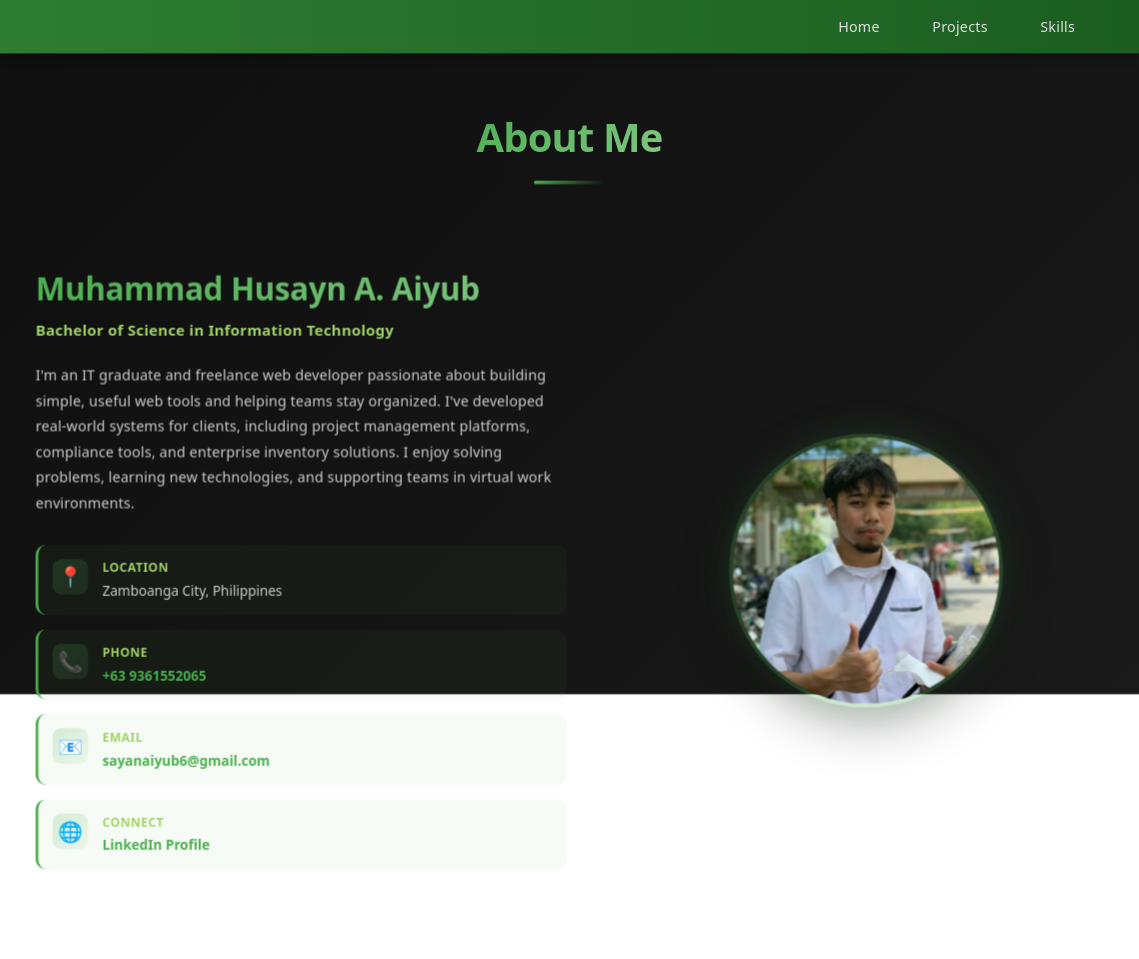
Repository: SAYANA11/portfolio
Page: /
The author's editor kept a copy of each file at every save. The page is drawn from the files as they stood at one save, then again after the next save.
The browser window is 1280 px wide. The pictures show the whole page, at 89% of full size.
The project was rebuilt for these pictures with package versions that can differ from the ones it lists, and the page was loaded fresh each time. Also part of the build but not shown: vite.config.js, src/components/Projects.css, src/components/Projects.jsx, src/components/Skills.css, src/components/Skills.jsx.

Above is the page before, as saved 2026-02-17 16:34:58.

### index.html
<!doctype html>
<html lang="en">
  <head>
    <meta charset="UTF-8" />
    <link rel="icon" type="image/svg+xml" href="/vite.svg" />
    <meta name="viewport" content="width=device-width, initial-scale=1.0" />
    <title>Muhammad Husayn Aiyub - Portfolio</title>
  </head>
  <body>
    <div id="root"></div>
    <script type="module" src="/src/main.jsx"></script>
  </body>
</html>

### src/index.css
:root {
  font-family: system-ui, Avenir, Helvetica, Arial, sans-serif;
  line-height: 1.5;
  font-weight: 400;

  color-scheme: light dark;
  color: rgba(255, 255, 255, 0.87);
  background-color: #242424;

  font-synthesis: none;
  text-rendering: optimizeLegibility;
  -webkit-font-smoothing: antialiased;
  -moz-osx-font-smoothing: grayscale;
}
/* Add in index.css or global style file */

a {
  font-weight: 500;
  color: #646cff;
  text-decoration: inherit;
}
a:hover {
  color: #535bf2;
}

html, body, #root {
  height: 100%;
  margin: 0;
  padding: 0;
}

body {
  margin: 0;
  min-width: 320px;
  background: linear-gradient(135deg, #0f0f0f 0%, #1a1a1a 100%);
  min-height: 100vh;
  position: relative;
}

body::before {
  content: '';
  position: fixed;
  top: 0;
  left: 0;
  right: 0;
  bottom: 0;
  background: linear-gradient(135deg, #0f0f0f 0%, #1a1a1a 100%);
  z-index: -1;
}

h1 {
  font-size: 3.2em;
  line-height: 1.1;
}

button {
  border-radius: 8px;
  border: 1px solid transparent;
  padding: 0.6em 1.2em;
  font-size: 1em;
  font-weight: 500;
  font-family: inherit;
  background-color: #1a1a1a;
  cursor: pointer;
  transition: border-color 0.25s;
}
button:hover {
  border-color: #646cff;
}
button:focus,
button:focus-visible {
  outline: 4px auto -webkit-focus-ring-color;
}

@media (prefers-color-scheme: light) {
  :root {
    color: #213547;
    background-color: #ffffff;
  }
  a:hover {
    color: #747bff;
  }
  button {
    background-color: #f9f9f9;
  }
}

### src/App.jsx
import React from "react";
import { BrowserRouter as Router, Routes, Route } from "react-router-dom";
import NavBar from "./components/Navbar";
import Hero from "./components/Hero";
import Projects from "./components/Projects";
import Skills from "./components/Skills";

function App() {
  return (
    <Router>
      <NavBar />
      <Routes>
        <Route path="/" element={<Hero />} />
        <Route path="/Projects" element={<Projects />} />
        <Route path="/Skills" element={<Skills />} />
      </Routes>
    </Router>
  );
}

export default App;

### src/components/Navbar.jsx
import React from "react";
import { Link } from "react-router-dom";
import "./Navbar.css";

const NavBar = () => {
  return (
    <nav className="navbar">
      <ul>
        <li>
          <Link to="/">Home</Link>
        </li>
        <li>
          <Link to="/Projects">Projects</Link>
        </li>
        <li>
          <Link to="/Skills">Skills</Link>
        </li>
      </ul>
    </nav>
  );
};

export default NavBar;

### src/components/Hero.jsx
import React from "react";
import myPhoto from "./sayana.jpg";
import "./Hero.css";

const Hero = () => {
  return (
    <div className="hero-container">
      {/* About Me Section - Modern Layout */}
      <div className="about-section">
        <div className="about-header">
          <h2 className="section-title">About Me</h2>
          <div className="title-accent"></div>
        </div>

        <div className="about-layout">
          {/* Left Column */}
          <div className="about-left">
            <div className="about-content-card">
              <h3 className="about-name">Muhammad Husayn A. Aiyub</h3>
              <p className="about-subtitle">Bachelor of Science in Information Technology</p>

              <p className="about-text">
                I'm an IT graduate and freelance web developer passionate about building simple, useful web tools and helping teams stay organized. I've developed real-world systems for clients, including project management platforms, compliance tools, and enterprise inventory solutions. I enjoy solving problems, learning new technologies, and supporting teams in virtual work environments.
              </p>

              {/* Contact Info with Cards */}
              <div className="contact-info">
                <div className="contact-info-item">
                  <div className="contact-icon-wrapper">
                    <span className="contact-info-icon">📍</span>
                  </div>
                  <div>
                    <p className="contact-label">Location</p>
                    <p className="contact-value">Zamboanga City, Philippines</p>
                  </div>
                </div>
                <div className="contact-info-item">
                  <div className="contact-icon-wrapper">
                    <span className="contact-info-icon">📞</span>
                  </div>
                  <div>
                    <p className="contact-label">Phone</p>
                    <a href="tel:+63-9361552065">+63 9361552065</a>
                  </div>
                </div>
                <div className="contact-info-item">
                  <div className="contact-icon-wrapper">
                    <span className="contact-info-icon">📧</span>
                  </div>
                  <div>
                    <p className="contact-label">Email</p>
                    <a href="mailto:sayanaiyub6@gmail.com">sayanaiyub6@gmail.com</a>
                  </div>
                </div>
                <div className="contact-info-item">
                  <div className="contact-icon-wrapper">
                    <span className="contact-info-icon">🌐</span>
                  </div>
                  <div>
                    <p className="contact-label">Connect</p>
                    <a href="https://linkedin.com/in/sayn-aiyub-492046963" target="_blank" rel="noopener noreferrer">LinkedIn Profile</a>
                  </div>
                </div>
              </div>
            </div>
          </div>

          {/* Right Column - Photo */}
          <div className="about-right">
            <div className="about-photo-wrapper">
              <div className="about-photo-container">
                <div className="photo-glow"></div>
                <div className="about-photo">
                  <img src={myPhoto} alt="Muhammad Husayn Aiyub" />
                </div>
              </div>
            </div>
          </div>
        </div>
      </div>
    </div>
  );
};

export default Hero;

### src/components/Navbar.css
.navbar {
    background: linear-gradient(90deg, #2e7d32 0%, #1b5e20 100%);
    color: white;
    padding: 15px 40px;
    position: fixed;
    width: 100%;
    height: 60px;
    top: 0;
    z-index: 1000;
    display: flex;
    align-items: center;
    justify-content: flex-end;
    box-shadow: 0 4px 12px rgba(0, 0, 0, 0.3);
    backdrop-filter: blur(10px);
    box-sizing: border-box;
}

.navbar ul {
    list-style: none;
    padding: 0;
    margin: 0 20px 0 0;
    display: flex;
    gap: 35px;
}

.navbar ul li {
    font-size: 16px;
    transition: all 0.3s cubic-bezier(0.4, 0, 0.2, 1);
    position: relative;
}

.navbar ul li a {
    color: #e0e0e0;
    text-decoration: none;
    transition: all 0.3s cubic-bezier(0.4, 0, 0.2, 1);
    padding: 8px 12px;
    display: block;
    border-radius: 6px;
    font-weight: 500;
    letter-spacing: 0.3px;
}

.navbar ul li a::after {
    content: '';
    position: absolute;
    bottom: 0;
    left: 0;
    width: 0;
    height: 2px;
    background: #ffd700;
    transition: width 0.3s ease;
    border-radius: 2px;
}

.navbar ul li a:hover {
    color: white;
    background: rgba(76, 175, 80, 0.2);
}

.navbar ul li a:hover::after {
    width: 100%;
}

/* Responsive */
@media (max-width: 768px) {
    .navbar ul {
        gap: 10px; /* Reduce spacing for smaller screens */
        margin: 0 10px 0 0; /* Adjust margin for smaller screens */
    }

    .navbar ul li {
        font-size: 16px; /* Adjust font size for smaller screens */
    }
}

### src/components/Hero.css
/* Import Poppins font */
@import url('https://fonts.googleapis.com/css2?family=Poppins:wght@300;400;500;600;700;800&display=swap');

/* Root Variables for Better Theme Management */
:root {
  --primary-green: #2e7d32;
  --primary-green-light: #4caf50;
  --primary-green-dark: #1b5e20;
  --accent-gold: #ffd700;
  --text-light: #f1f1f1;
  --text-dark: #333;
  --text-muted: #666;
  --background-dark: #0f1419;
  --background-dark-secondary: #1a2332;
  --card-background: rgba(45, 45, 45, 0.5);
  --card-background-glass: rgba(255, 255, 255, 0.05);
  --border-color: rgba(76, 175, 80, 0.2);
  --shadow-light: rgba(0, 0, 0, 0.1);
  --shadow-medium: rgba(0, 0, 0, 0.3);
  --shadow-heavy: rgba(0, 0, 0, 0.7);
  --gradient-primary: linear-gradient(135deg, var(--primary-green), var(--primary-green-light));
  --gradient-card: linear-gradient(145deg, #2d2d2d, #1f1f1f);
}

/* Hero Container */
.hero-container {
  padding: 60px 40px;
  max-width: 1200px;
  margin: 60px auto;
  color: var(--text-light);
  position: relative;
  overflow: hidden;
}

/* About Section */
.about-section {
  position: relative;
  z-index: 1;
  animation: fadeInUp 0.8s ease-out;
}

.about-header {
  text-align: center;
  margin-bottom: 50px;
}

/* Section Title */
.section-title {
  font-size: clamp(2rem, 5vw, 2.8rem);
  font-weight: 800;
  background: linear-gradient(135deg, #4caf50, #81c784);
  -webkit-background-clip: text;
  -webkit-text-fill-color: transparent;
  background-clip: text;
  margin: 0;
  letter-spacing: -0.02em;
  animation: fadeInDown 0.8s ease-out 0.1s both;
  position: relative;
  display: inline-block;
}

/* Title Accent */
.title-accent {
  height: 4px;
  width: 80px;
  background: linear-gradient(90deg, #4caf50, transparent);
  border-radius: 2px;
  margin: 16px auto 0;
  animation: slideIn 0.8s ease-out 0.3s both;
}

@keyframes slideIn {
  from {
    width: 0;
    opacity: 0;
  }
  to {
    width: 80px;
    opacity: 1;
  }
}

/* Two Column Layout */
.about-layout {
  display: grid;
  grid-template-columns: 1.1fr 1fr;
  gap: 60px;
  align-items: center;
}

/* About Left - Content Card */
.about-left {
  display: flex;
  flex-direction: column;
  gap: 0;
  animation: fadeInLeft 0.8s ease-out 0.2s both;
}

.about-content-card {
  background: transparent;
  border: none;
  border-radius: 20px;
  padding: 40px 0;
  transition: all 0.4s cubic-bezier(0.4, 0, 0.2, 1);
}

.about-content-card:hover {
  transform: translateY(-3px);
}

.about-name {
  font-size: clamp(1.5rem, 3.5vw, 2.2rem);
  font-weight: 800;
  background: linear-gradient(135deg, #4caf50, #81c784);
  -webkit-background-clip: text;
  -webkit-text-fill-color: transparent;
  background-clip: text;
  margin: 0 0 8px 0;
  letter-spacing: -0.01em;
  animation: fadeInUp 0.8s ease-out 0.3s both;
}

.about-subtitle {
  font-size: 1.05rem;
  color: #a0d468;
  margin: 0 0 24px 0;
  font-weight: 600;
  letter-spacing: 0.3px;
  animation: fadeInUp 0.8s ease-out 0.35s both;
}

.about-text {
  font-size: 1rem;
  line-height: 1.8;
  color: #d0d0d0;
  margin: 0 0 32px 0;
  letter-spacing: 0.2px;
  animation: fadeInUp 0.8s ease-out 0.4s both;
}

/* Contact Info Cards */
.contact-info {
  display: flex;
  flex-direction: column;
  gap: 16px;
  animation: fadeInUp 0.8s ease-out 0.45s both;
}

.contact-info-item {
  display: flex;
  align-items: flex-start;
  gap: 16px;
  padding: 16px;
  background: rgba(76, 175, 80, 0.05);
  border-left: 3px solid #4caf50;
  border-radius: 12px;
  transition: all 0.3s cubic-bezier(0.4, 0, 0.2, 1);
}

.contact-info-item:hover {
  background: rgba(76, 175, 80, 0.12);
  border-left-color: #81c784;
  transform: translateX(8px);
  box-shadow: 0 4px 16px rgba(76, 175, 80, 0.1);
}

.contact-icon-wrapper {
  display: flex;
  align-items: center;
  justify-content: center;
  width: 40px;
  height: 40px;
  background: linear-gradient(135deg, rgba(76, 175, 80, 0.2), rgba(129, 199, 132, 0.1));
  border-radius: 10px;
  flex-shrink: 0;
}

.contact-info-icon {
  font-size: 1.4rem;
}

.contact-info-item > div {
  display: flex;
  flex-direction: column;
  gap: 4px;
}

.contact-label {
  font-size: 0.85rem;
  color: #a0d468;
  margin: 0;
  font-weight: 600;
  text-transform: uppercase;
  letter-spacing: 0.5px;
}

.contact-value {
  font-size: 0.95rem;
  color: #d0d0d0;
  margin: 0;
  font-weight: 500;
}

.contact-info-item a {
  color: #4caf50;
  text-decoration: none;
  font-weight: 600;
  transition: all 0.3s ease;
  font-size: 0.95rem;
  margin: 0;
}

.contact-info-item a:hover {
  color: #81c784;
  text-decoration: underline;
}

/* About Right - Photo Section */
.about-right {
  display: flex;
  justify-content: center;
  align-items: center;
  animation: fadeInRight 0.8s ease-out 0.3s both;
}

.about-photo-wrapper {
  position: relative;
  width: 100%;
  max-width: 350px;
}

.about-photo-container {
  position: relative;
  width: 300px;
  height: 300px;
  margin: 0 auto;
}

.photo-glow {
  position: absolute;
  top: -20px;
  left: -20px;
  right: -20px;
  bottom: -20px;
  background: radial-gradient(circle, rgba(76, 175, 80, 0.25) 0%, transparent 70%);
  border-radius: 50%;
  filter: blur(30px);
  animation: pulse 3s ease-in-out infinite;
}

.about-photo {
  position: relative;
  width: 300px;
  height: 300px;
  border-radius: 50%;
  overflow: hidden;
  border: 4px solid rgba(76, 175, 80, 0.3);
  box-shadow: 0 0 40px rgba(76, 175, 80, 0.2), 0 20px 60px rgba(0, 0, 0, 0.3);
  transition: all 0.4s cubic-bezier(0.4, 0, 0.2, 1);
  backdrop-filter: blur(10px);
}

.about-photo::before {
  content: '';
  position: absolute;
  inset: 0;
  background: linear-gradient(135deg, rgba(76, 175, 80, 0.1) 0%, transparent 100%);
  border-radius: 50%;
  pointer-events: none;
  z-index: 1;
}

.about-photo img {
  width: 100%;
  height: 100%;
  object-fit: cover;
  transition: transform 0.4s cubic-bezier(0.4, 0, 0.2, 1);
}

.about-photo:hover {
  border-color: rgba(76, 175, 80, 0.6);
  box-shadow: 0 0 60px rgba(76, 175, 80, 0.3), 0 30px 80px rgba(0, 0, 0, 0.4);
  transform: scale(1.02);
}

.about-photo:hover img {
  transform: scale(1.08);
}

/* Animations */
@keyframes fadeInUp {
  from {
    opacity: 0;
    transform: translateY(30px);
  }
  to {
    opacity: 1;
    transform: translateY(0);
  }
}

@keyframes fadeInDown {
  from {
    opacity: 0;
    transform: translateY(-20px);
  }
  to {
    opacity: 1;
    transform: translateY(0);
  }
}

@keyframes fadeInLeft {
  from {
    opacity: 0;
    transform: translateX(-30px);
  }
  to {
    opacity: 1;
    transform: translateX(0);
  }
}

@keyframes fadeInRight {
  from {
    opacity: 0;
    transform: translateX(30px);
  }
  to {
    opacity: 1;
    transform: translateX(0);
  }
}

@keyframes pulse {
  0%, 100% {
    transform: scale(1);
    opacity: 0.3;
  }
  50% {
    transform: scale(1.1);
    opacity: 0.15;
  }
}

/* Page Header */
.page-header {
  text-align: center;
  margin-bottom: 60px;
  animation: fadeInUp 0.8s ease-out 0.1s both;
}

.page-title {
  font-size: 2.5rem;
  font-weight: 700;
  color: #e0e0e0;
  margin: 0;
  letter-spacing: 0.5px;
}

/* Responsive Design */
@media (max-width: 1024px) {
  .hero-container {
    padding: 50px 30px;
    margin: 50px auto;
  }

  .about-layout {
    gap: 40px;
  }

  .about-content-card {
    padding: 30px;
  }

  .about-photo-container {
    width: 250px;
    height: 250px;
  }

  .about-photo {
    width: 250px;
    height: 250px;
  }

  .section-title {
    font-size: 2.2rem;
  }
}

@media (max-width: 768px) {
  .hero-container {
    padding: 40px 20px;
    margin: 40px auto;
    border-radius: 20px;
  }

  .about-header {
    margin-bottom: 40px;
  }

  .about-layout {
    grid-template-columns: 1fr;
    gap: 30px;
  }

  .about-content-card {
    padding: 25px;
  }

  .about-name {
    font-size: 1.8rem;
  }

  .about-text {
    font-size: 0.95rem;
    line-height: 1.7;
  }

  .section-title {
    font-size: 1.8rem;
  }

  .about-photo-container {
    width: 280px;
    height: 280px;
  }

  .about-photo {
    width: 280px;
    height: 280px;
  }

  .photo-glow {
    top: -30px;
    left: -30px;
    right: -30px;
    bottom: -30px;
  }
}

@media (max-width: 480px) {
  .hero-container {
    padding: 30px 15px;
    margin: 30px auto;
    border-radius: 16px;
  }

  .about-header {
    margin-bottom: 30px;
  }

  .section-title {
    font-size: 1.5rem;
  }

  .title-accent {
    width: 60px;
  }

  .about-name {
    font-size: 1.4rem;
  }

  .about-subtitle {
    font-size: 0.95rem;
  }

  .about-text {
    font-size: 0.9rem;
    line-height: 1.6;
  }

  .about-content-card {
    padding: 20px;
  }

  .contact-info {
    gap: 12px;
  }

  .contact-info-item {
    padding: 12px;
    gap: 12px;
  }

  .about-photo-container {
    width: 220px;
    height: 220px;
  }

  .about-photo {
    width: 220px;
    height: 220px;
  }

  .photo-glow {
    top: -20px;
    left: -20px;
    right: -20px;
    bottom: -20px;
  }

  .contact-icon-wrapper {
    width: 35px;
    height: 35px;
  }

  .contact-info-icon {
    font-size: 1.2rem;
  }
}

Loaded but not shown: src/main.jsx (common file)

After the next save:
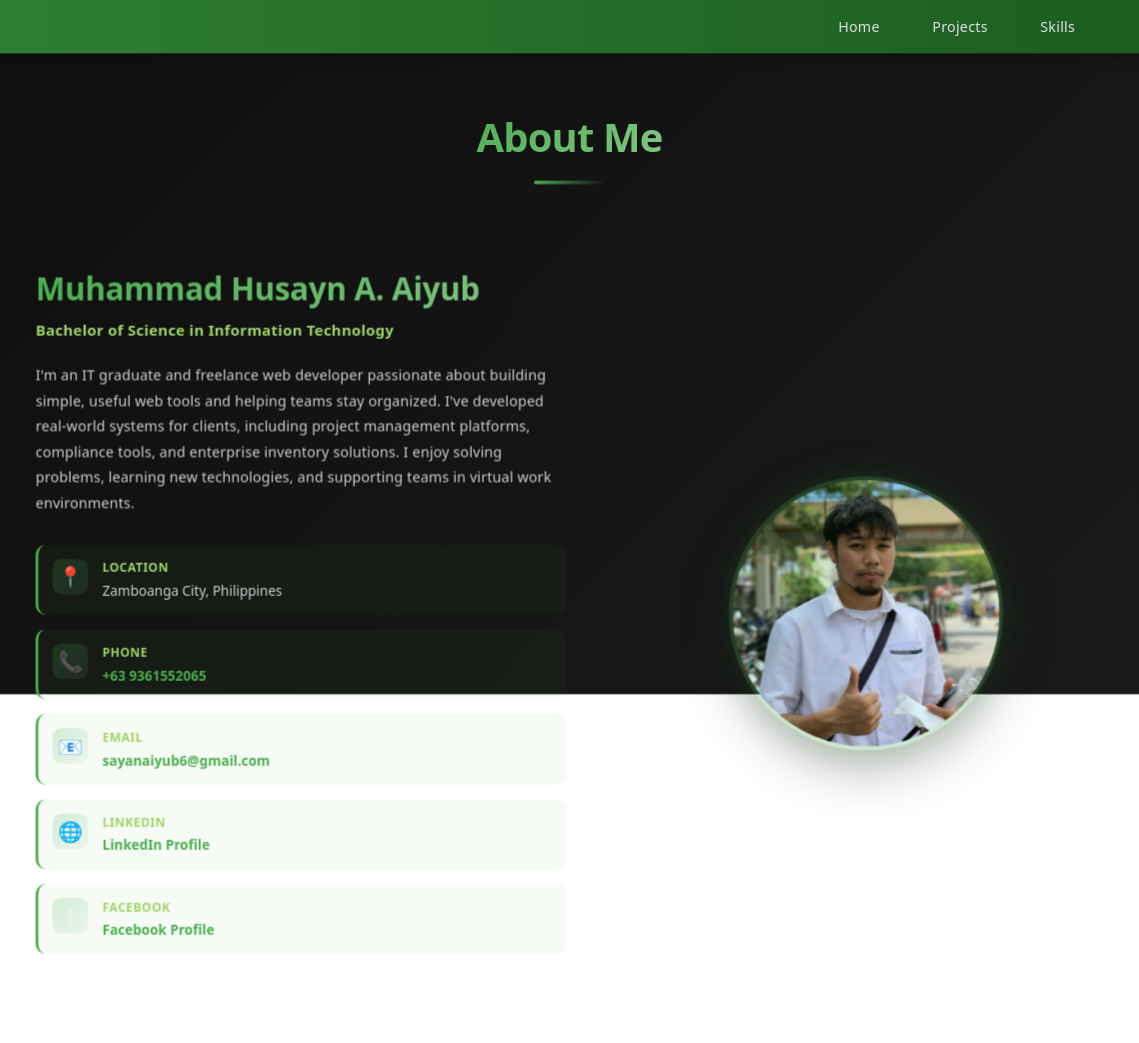
Saved 59 s later.
--- a/src/components/Hero.jsx
+++ b/src/components/Hero.jsx
@@ -57,8 +57,17 @@ const Hero = () => {
                     <span className="contact-info-icon">🌐</span>
                   </div>
                   <div>
-                    <p className="contact-label">Connect</p>
+                    <p className="contact-label">LinkedIn</p>
                     <a href="https://linkedin.com/in/sayn-aiyub-492046963" target="_blank" rel="noopener noreferrer">LinkedIn Profile</a>
+                  </div>
+                </div>
+                <div className="contact-info-item">
+                  <div className="contact-icon-wrapper">
+                    <span className="contact-info-icon">f</span>
+                  </div>
+                  <div>
+                    <p className="contact-label">Facebook</p>
+                    <a href="https://www.facebook.com/muhammadhusayn.aiyub/" target="_blank" rel="noopener noreferrer">Facebook Profile</a>
                   </div>
                 </div>
               </div>
